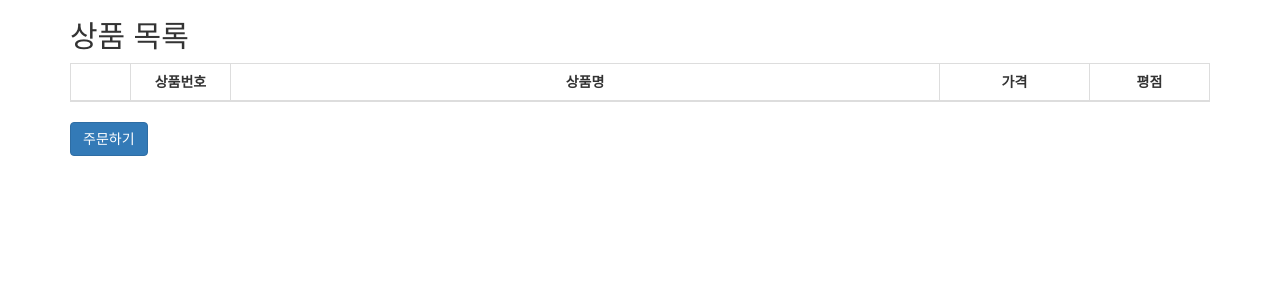
Repository: brotherdoor/shiba
Page: http://localhost/NBookShop_templete/productList.do
An editor plug-in stored every save of this project. The page is shown before and after the next save, followed by the edit.
The browser window is 1280 px wide. The pictures show the whole page.
The page is served by Tomcat 9. Other server files are loaded and not shown. Queries for data that is not in the repository find no rows.

Above is the page before, as saved 2017-02-24 02:48:22.

### jsp/NBookShop_templete/WebContent/productList.jsp
<%@ page language="java" contentType="text/html; charset=UTF-8"
    pageEncoding="UTF-8"%>
<%@ taglib prefix="c" uri="http://java.sun.com/jsp/jstl/core" %>
<!DOCTYPE html>
<html lang="ko">
<head>
    <meta charset="euc-kr">
    <title>상품목록</title>
    <link rel="stylesheet" href="https://maxcdn.bootstrapcdn.com/bootstrap/3.3.2/css/bootstrap.min.css">
    <link href="css/namoosori.css" rel="stylesheet">
</head>
<body>
<div class="container">
    <article>
        <h2>상품 목록</h2>
        <form action="order.do" method="post">
        <table class="table table-bordered">
            <colgroup>
                <col width="60"/>
                <col width="100"/>
                <col width="*"/>
                <col width="150"/>
                <col width="120"/>
            </colgroup>
            <thead>
                <tr>
                    <th class="text-center"></th>
                    <th class="text-center">상품번호</th>
                    <th class="text-center">상품명</th>
                    <th class="text-center">가격</th>
                    <th class="text-center">평점</th>
                </tr>
            </thead>
            <tbody>
            <c:choose>
            <c:when test="${products eq null || empty products }">
            <tr>    </tr>
            </c:when>
            <c:otherwise>
            	<c:forEach items="${products }" var="product" varStatus="status">
            		<tr>
                	    <td class="text-center"><label><input type="checkbox" name="buyItems" value="${product.serialNo }"/></label></td>
                	    <td class="text-center">${status.count }</td>
                 	    <td>${product.name }</td>
                 	    <td class="text-right">${product.money }원</td>
                 	    <td><p><span class="starRating"><span style="width:${product.star }%">${product.like }점</span></span></p></td>
               		</tr>
            	</c:forEach>
            </c:otherwise>
            </c:choose>
            </tbody>
        </table>
        <div class="btn-wrap">
            <button class="btn btn-primary" type="submit">주문하기</button>
        </div>
    </article>
    </form>
</div>
</body>
</html>

### jsp/NBookShop_templete/src/shop/controller/ProductListController.java
package shop.controller;

import java.io.IOException;
import java.util.List;

import javax.servlet.ServletException;
import javax.servlet.annotation.WebServlet;
import javax.servlet.http.HttpServlet;
import javax.servlet.http.HttpServletRequest;
import javax.servlet.http.HttpServletResponse;

import shop.domain.Product;
import shop.service.facade.ProductService;
import shop.service.logic.ProductServiceLogic;

@WebServlet("/productList.do")
public class ProductListController extends HttpServlet {
	private static final long serialVersionUID = 1L;

	protected void doGet(HttpServletRequest request, HttpServletResponse response)
			throws ServletException, IOException {
		ProductService service = new ProductServiceLogic();
		List<Product> list = service.getAllProducts();
		request.setAttribute("products", list);
		request.getRequestDispatcher("productList.jsp").forward(request, response);
	}
}

### jsp/NBookShop_templete/src/shop/service/logic/ProductServiceLogic.java
package shop.service.logic;

import java.util.List;

import shop.domain.Product;
import shop.service.facade.ProductService;
import shop.store.facade.ProductStore;
import shop.store.logic.ProductStoreLogic;

public class ProductServiceLogic implements ProductService{

	private ProductStore store;

	public ProductServiceLogic() {
		store = new ProductStoreLogic();
	}

	@Override
	public List<Product> getAllProducts() {
		return store.findAll();
	}

	@Override
	public List<Product> getBuyProducts(String[] serials) {
		return null;
	}

	@Override
	public Product getProduct(String serial) {
		return null;
	}

}

### jsp/NBookShop_templete/src/shop/store/facade/ProductStore.java
package shop.store.facade;

import java.util.List;

import shop.domain.Product;

/**
 * ProductStore
 *
 * @since 2016. 9. 28.
 * @author 진권기 (kwonkijin@nextree.co.kr)
 */

public interface ProductStore {

	List<Product> findAll();

	Product findByNo(int serial);


}

### jsp/NBookShop_templete/src/shop/store/logic/ProductStoreLogic.java
package shop.store.logic;

import java.sql.Connection;
import java.sql.ResultSet;
import java.sql.SQLException;
import java.sql.Statement;
import java.util.ArrayList;
import java.util.List;

import shop.domain.Product;
import shop.store.facade.ProductStore;
import shop.store.utils.ConnectionFactory;
import shop.store.utils.JdbcUtils;

public class ProductStoreLogic implements ProductStore{

	private ConnectionFactory factory;

	public ProductStoreLogic() {
		factory = ConnectionFactory.getInstance();
	}

	@Override
	public List<Product> findAll() {
		Connection conn = null;
		Statement stmt = null;
		ResultSet rs = null;
		List<Product> list = new ArrayList<>();
		try {
			conn = factory.createConnetion();
			stmt = conn.createStatement();
			rs = stmt.executeQuery("select serialNo, name, price, userLike from product_tb");
			while(rs.next()){
				Product product = new Product();
				product.setSerialNo(rs.getInt(1));
				product.setName(rs.getString(2));
				product.setPrice(rs.getInt(3));
				product.setLike(rs.getInt(4));
				list.add(product);
			}
		} catch (SQLException e) {
			e.printStackTrace();
		} finally{
			JdbcUtils.close(conn, stmt, rs);
		}
		return list;
	}

	@Override
	public Product findByNo(int serial) {
		return null;
	}

}

### jsp/NBookShop_templete/src/shop/store/utils/ConnectionFactory.java
package shop.store.utils;


import java.sql.Connection;
import java.sql.DriverManager;
import java.sql.SQLException;

public class ConnectionFactory {
	private static ConnectionFactory instance;

	private static final String DRIVER_NAME = "oracle.jdbc.driver.OracleDriver";
	private static final String URL = "jdbc:oracle:thin:@localhost:1521:xe";
	private static final String USER_NAME = "scott";
	private static final String PASSWORD = "tiger";

	public ConnectionFactory() {
		try {
			Class.forName(DRIVER_NAME);
		} catch (ClassNotFoundException e) {
			e.printStackTrace();
		}
	}

	public static ConnectionFactory getInstance(){
		if(instance == null){
			instance = new ConnectionFactory();
		}
		return instance;
	}

	public Connection createConnetion() throws SQLException{
		return DriverManager.getConnection(URL, USER_NAME, PASSWORD);
	}

}

### jsp/NBookShop_templete/src/shop/store/utils/JdbcUtils.java
package shop.store.utils;

public class JdbcUtils {
	public static void close(AutoCloseable...autoCloseables){
		for(AutoCloseable auto : autoCloseables){
			if(auto == null){
				continue;
			}
			try {
				auto.close();
			} catch (Exception e) {
				e.printStackTrace();
			}
		}
	}
}

### jsp/NBookShop_templete/WebContent/css/namoosori.css
body {
    padding:30px 0;
    border-top:5px solid #428bca;
}
article {
    padding:10px 0;
}
.container {
    width:900px;
    margin:30px auto;
}
.container h2 {
    font-size: 24px;
}
.desc > p {
    padding:15px;
}
.btn-wrap {
    text-align: right;
}
.total-amount {
    font-size:18px;
    text-align: right;
    font-weight: bold;
    border-bottom: 1px dashed #ccc;
    padding-bottom:15px;
}
.jumbotron {
    margin:0 200px;
    background-color: #d9edf7;
}

/* Star Rating */
.starRating,
.starRating span{
    display:inline-block;
    height:14px;
    background:transparent url(../img/icoFiveStar.gif) no-repeat;
    overflow:hidden;
}
.starRating{
    width:79px;
    vertical-align:middle;
}
.starRating span{
    font-size:0;
    line-height:0;
    vertical-align:top;
    text-indent:-100px;
    *text-indent:0;
    background-position:0 -14px;
}

After the next save:
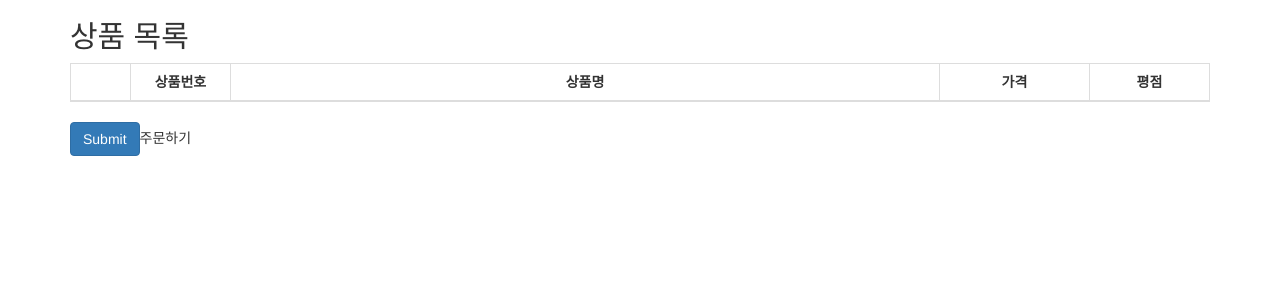
Saved 10 s later.
--- a/jsp/NBookShop_templete/WebContent/productList.jsp
+++ b/jsp/NBookShop_templete/WebContent/productList.jsp
@@ -51,7 +51,7 @@
             </tbody>
         </table>
         <div class="btn-wrap">
-            <button class="btn btn-primary" type="submit">주문하기</button>
+            <input class="btn btn-primary" type="submit">주문하기</button>
         </div>
     </article>
     </form>

After the save that followed:
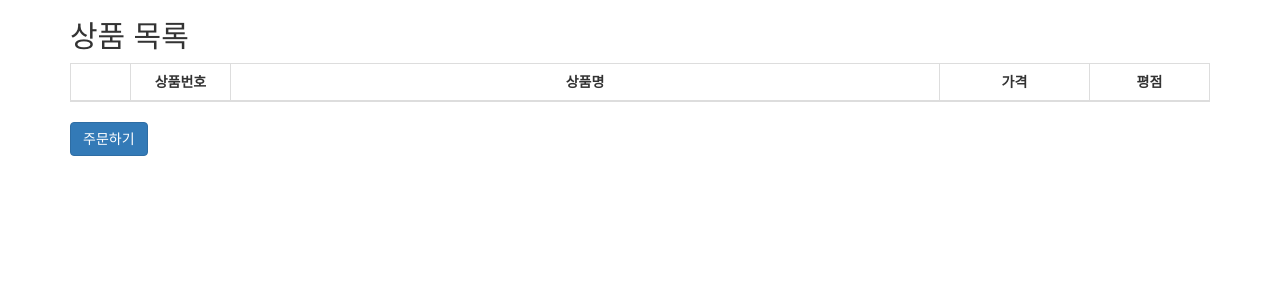
Saved 16 s later.
--- a/jsp/NBookShop_templete/WebContent/productList.jsp
+++ b/jsp/NBookShop_templete/WebContent/productList.jsp
@@ -51,7 +51,7 @@
             </tbody>
         </table>
         <div class="btn-wrap">
-            <input class="btn btn-primary" type="submit">주문하기</button>
+            <input class="btn btn-primary" type="submit" value="주문하기">
         </div>
     </article>
     </form>
